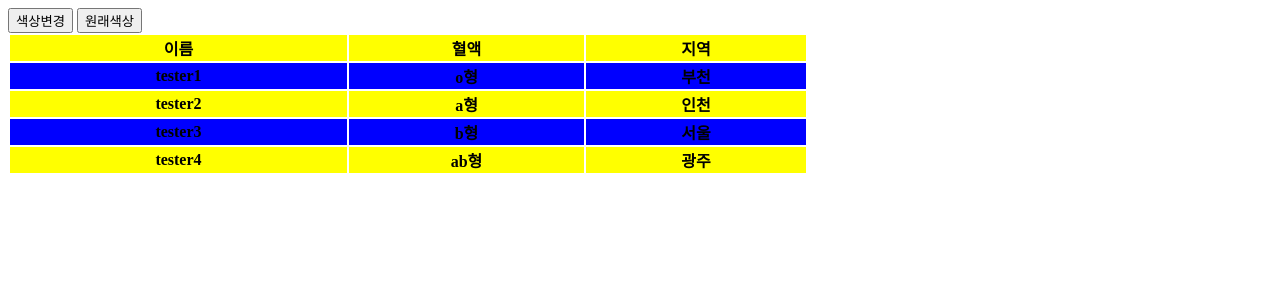
Repository: KYJIN1024/kic_jquery
Page: http://localhost/JQueryEx01/jquery11.jsp
The author's editor kept a copy of each file at every save. The page is drawn from the files as they stood at one save, then again after the next save.
The browser window is 1280 px wide. The pictures show the whole page.
After loading, the first visible `#btn1` was clicked once.
The page is served by Tomcat 9.

Above is the page before, as saved 2023-05-15 06:54:55.

### JQueryEx01/src/main/webapp/jquery11.jsp
<%@ page language="java" contentType="text/html; charset=UTF-8"
    pageEncoding="UTF-8"%>
<!DOCTYPE html>
<html>
<head>
<meta charset="UTF-8">
<title>Insert title here</title>


<script src="https://ajax.googleapis.com/ajax/libs/jquery/3.6.4/jquery.min.js"></script>
<script>
	// window.jquery => jquery => $ (축약된표현)
	$( document ).ready(function(){
			$( 'table' ).css('width', '800' );



		document.getElementById('btn1').onclick = function() {
			$( 'tr:odd' ).css('background-color', 'blue' );
			$( 'tr:even' ).css('background-color', 'gray' );

			$( 'tr:first' ).css('background-color', 'red' );

			$( 'tr:nth-child(2n)').css('background-color' ,'blue');
			$( 'tr:nth-child(2n+1)').css('background-color' ,'yellow');
		};

		document.getElementById('btn2').onclick = function() {
			$( 'tr:odd' ).css('background-color', 'white' );
			$( 'tr:even' ).css('background-color', 'white' );
		};
	});


</script>

</head>
<body>

<button id="btn1">색상변경</button>
<button id="btn2">원래색상</button>


<table>
<tr>
	<th>이름</th>
	<th>혈액</th>
	<th>지역</th>
</tr>
<tr>
	<th>tester1</th>
	<th>o형</th>
	<th>부천</th>
</tr>
<tr>
	<th>tester2</th>
	<th>a형</th>
	<th>인천</th>
</tr>
<tr>
	<th>tester3</th>
	<th>b형</th>
	<th>서울</th>
</tr>
<tr>
	<th>tester4</th>
	<th>ab형</th>
	<th>광주</th>
</tr>



</table>

</body>
</html>

After the next save:
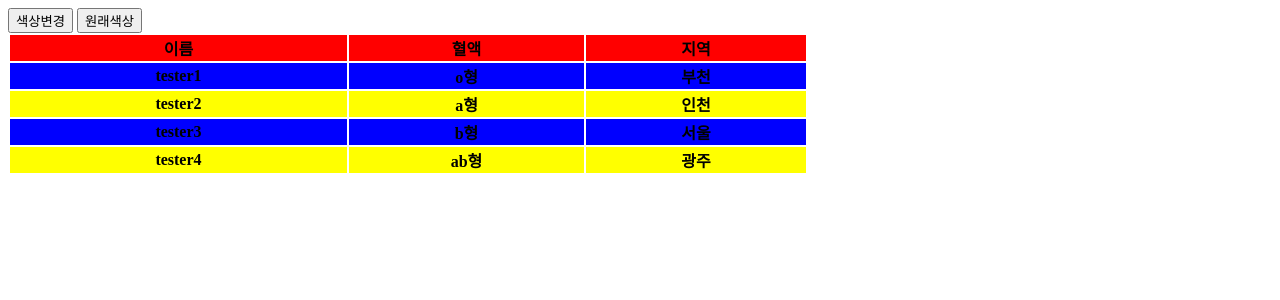
Saved 24 s later.
--- a/JQueryEx01/src/main/webapp/jquery11.jsp
+++ b/JQueryEx01/src/main/webapp/jquery11.jsp
@@ -23,6 +23,8 @@
 
 			$( 'tr:nth-child(2n)').css('background-color' ,'blue');
 			$( 'tr:nth-child(2n+1)').css('background-color' ,'yellow');
+
+			$( 'tr:eq(0)').css('background-color' ,'red');
 		};
 
 		document.getElementById('btn2').onclick = function() {
